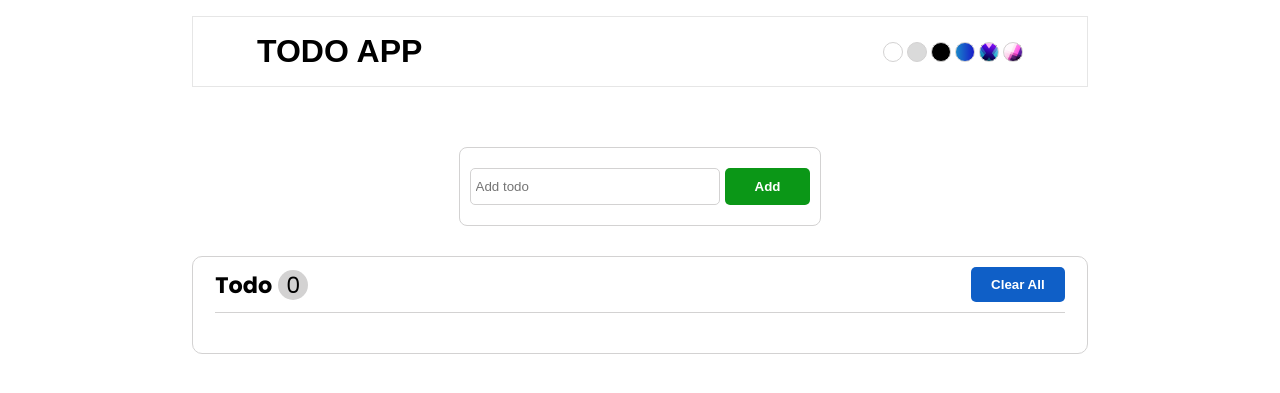
Repository: michalmilek/TodoApp
Page: /
These files come from the project's save history. The page is drawn as it stood at one moment and after the next save; the edit follows.
The browser window is 1280 px wide. The pictures show the whole page.
Some web fonts or font styles are not loaded; a fallback is used. The project was rebuilt for these pictures with package versions that can differ from the ones it lists, and the page was loaded fresh each time. Also part of the build but not shown: vite.config.js.

Above is the page before, as saved 2023-02-01 14:54:02.

### src/App.jsx
import { useState } from "react";
import "./App.css";
import AddTodo from "./components/AddTodo";
import Header from "./components/Header";
import ShowTodo from "./components/ShowTodo";

function App() {
  const [todolist, setTodolist] = useState([]);
  const [todo, setTodo] = useState({});
  return (
    <div className="App">
      <Header />
      <AddTodo
        todolist={todolist}
        setTodolist={setTodolist}
        todo={todo}
        setTodo={setTodo}
      />
      <ShowTodo
        todolist={todolist}
        setTodolist={setTodolist}
        todo={todo}
        setTodo={setTodo}
      />
    </div>
  );
}

export default App;

### src/index.css
@import url(https://fonts.googleapis.com/css?family=Poppins:100,100italic,200,200italic,300,300italic,regular,italic,500,500italic,600,600italic,700,700italic,800,800italic,900,900italic);
@import url(https://fonts.googleapis.com/css?family=Texturina:100,200,300,regular,500,600,700,800,900,100italic,200italic,300italic,italic,500italic,600italic,700italic,800italic,900italic);

*{
  box-sizing: border-box;
  margin: 0;
  padding: 0;
}

body{
  display: flex;
  flex-direction: column;
  align-items: center;
  justify-content: center;
  font-family: 'Poppins', sans-serif;
}

### src/App.css
header{
  display: flex;
  justify-content: space-between;
  align-items: center;
  width: 70vw;
  margin-top: 1rem;
  padding: 1rem 4rem;
  border: 1px solid rgb(230, 230, 230);
}

  .logo{
    font-family: 'Texturina', sans-serif;
  }

  .themeSelector{
    display: flex;
    gap: 4px;
  }

  .light{
  height: 20px;
  width: 20px;
  background-color: rgb(255, 255, 255);
  border: 1px solid rgb(211, 210, 210);;
  border-radius: 50%;
  display: inline-block;
  }

  .medium{
      height: 20px;
  width: 20px;
  background-color: rgb(218, 218, 218);
  border: 1px solid rgb(211, 210, 210);;
  border-radius: 50%;
  display: inline-block;
  }

  .dark{

      height: 20px;
  width: 20px;
  background-color: rgb(0, 0, 0);
  border: 1px solid rgb(211, 210, 210);
  border-radius: 50%;
  display: inline-block;
  }

  .g1{
    height: 20px;
  width: 20px;
  background: linear-gradient(90deg, #1888c9, #181bc9);;
  border: 1px solid rgb(211, 210, 210);
  border-radius: 50%;
  display: inline-block;
  }

  .g2{
    background: linear-gradient(235deg, #FFFFFF 0%, #000F25 100%), linear-gradient(180deg, #6100FF 0%, #000000 100%), linear-gradient(235deg, #FFA3AC 0%, #FFA3AC 40%, #00043C calc(40% + 1px), #00043C 60%, #005D6C calc(60% + 1px), #005D6C 70%, #00C9B1 calc(70% + 1px), #00C9B1 100%), linear-gradient(125deg, #FFA3AC 0%, #FFA3AC 40%, #00043C calc(40% + 1px), #00043C 60%, #005D6C calc(60% + 1px), #005D6C 70%, #00C9B1 calc(70% + 1px), #00C9B1 100%);
  background-blend-mode: soft-light, screen, darken, normal;
height: 20px;
  width: 20px;
  border: 1px solid rgb(211, 210, 210);
  border-radius: 50%;
  display: inline-block;
}

.g3{
  background: linear-gradient(125deg, #FFFFFF 0%, #000000 100%), linear-gradient(200deg, #FFD9E8 0%, #FFD9E8 50%, #DE95BA calc(50% + 1px), #DE95BA 60%, #7F4A88 calc(60% + 1px), #7F4A88 75%, #4A266A calc(75% + 1px), #4A266A 100%), linear-gradient(113deg, #FFD9E8 0%, #FFD9E8 40%, #DE95BA calc(40% + 1px), #DE95BA 50%, #7F4A88 calc(50% + 1px), #7F4A88 70%, #4A266A calc(70% + 1px), #4A266A 100%);
  background-blend-mode: overlay, overlay, normal;
  height: 20px;
  width: 20px;
  border: 1px solid rgb(211, 210, 210);
  border-radius: 50%;
  display: inline-block;
}


.addTodo {
  margin-top: 60px;
  display: flex;
  justify-content: center;
  align-items: center;
}

.addTodo form{
  padding: 20px 10px;
  background: rgb(255, 255, 255);
  border: 1px solid rgb(211, 210, 210);
  display: flex;
  gap: 5px;
  border-radius: 8px;
}

.addTodo form input{
  padding: 10px 5px;
  max-width: 350px;
  min-width: 250px;
  border: 1px solid rgb(211, 210, 210);
  outline: none;
  border-radius: 5px;
}

.addTodo form button{
  background: rgb(11, 151, 23);
  border: none;
  padding: 0 30px;
  border-radius: 5px;
  color: #fff;
  font-weight: bold;
  cursor: pointer;
}



.showTodo{
  margin-top: 30px;
  display: flex;
  flex-direction: column;
  justify-content: center;
  align-items: center;
  border-radius: 10px;
  border: 1px solid rgb(211, 210, 210);
}

.head{
  display: flex;
  width: 95%;
  padding: 10px 0px;
  justify-content: space-between;
  border-bottom: 1px solid rgb(211, 210, 210);
}

.head_Todo{
  display: flex;
  gap: 6px;
  justify-content: center;
  align-items: center;
}


.title{
  font-weight: bold;
  font-size: 1.4rem;
}

.count{
  display: flex;
  justify-content: center;
  align-items: center;
  border-radius: 50%;
  height: 30px;
  width: 30px;
  font-size: 1.4rem;
  background: rgb(211, 210, 210);
}

.clearAll{
    background: rgb(15, 95, 199);
  border: none;
  padding: 10px 20px;
  border-radius: 5px;
  color: #fff;
  font-weight: bold;
  cursor: pointer;
}

ul{
  padding: 20px 0;
  display: flex;
  width: 90%;
  list-style-type: none;
  justify-items: start;
  gap: 20px;
}

ul li{
  display: flex;
  gap: 35px;
  padding: 10px 10px;
  border-radius: 4px;
  border: 1px solid rgb(211, 210, 210);
  border-left: 5px solid rgb(15, 95, 199);
}

ul li p{
  display: flex;
  gap: 10px;
  flex-direction: column;
}

ul li p .titleTodo{
  font-weight: bold;
  font-size: 1.3rem;

}

ul li p .timeTodo{
  font-style: italic;
  color: rgb(131, 131, 131);

}


.icons svg{
height: 24px;
width: 24px;
}

.icons .pen{
  color: rgb(0, 81, 255);
}

.icons .trash{
  color: red;
}

### src/components/AddTodo.jsx
import React from "react";

const AddTodo = ({ todolist, setTodolist, todo, setTodo }) => {
  const handleSubmit = (e) => {
    e.preventDefault();
    console.log(e.target.todo.value);
    const date = new Date();
    const newTask = {
      id: date.getTime(),
      name: e.target.todo.value,
      time: `${date.toLocaleTimeString()} ${date.toLocaleDateString()}`,
    };
    setTodolist([...todolist, newTask]);
  };
  return (
    <section className="addTodo">
      <form onSubmit={handleSubmit}>
        <input
          type="text"
          name="todo"
          value={todo.name}
          autoComplete="off"
          placeholder="Add todo"
          maxLength="25"
        />
        <button type="submit">Add</button>
      </form>
    </section>
  );
};

export default AddTodo;

### src/components/Header.jsx
import React from "react";

const Header = () => {
  return (
    <header>
      <div className="logo">
        <h1>TODO APP</h1>
      </div>
      <div className="themeSelector">
        <span className="light"></span>
        <span className="medium"></span>
        <span className="dark"></span>
        <span className="g1"></span>
        <span className="g2"></span>
        <span className="g3"></span>
      </div>
    </header>
  );
};

export default Header;

### src/components/ShowTodo.jsx
import React from "react";
import { Icon } from "@iconify/react";

const ShowTodo = ({ todolist, setTodolist, todo, setTodo }) => {
  const todos = [
    { id: 10001, name: "Task A", time: "2:09:01 AM 9/14/2030" },
    { id: 10002, name: "Task A", time: "2:09:01 AM 9/14/2030" },
    { id: 10003, name: "Task A", time: "2:09:01 AM 9/14/2030" },
  ];

  const handleEdit = (id) => {
    const selectedTodo = todolist.find((item) => item.id === id);
    console.log(selectedTodo);
    setTodo(selectedTodo);
  };

  const handleDelete = (id) => {
    const updatedTodoList = todolist.filter((item) => item.id !== id);
    setTodolist(updatedTodoList);
  };
  return (
    <div className="showTodo">
      <div className="head">
        <div className="head_Todo">
          <span className="title">Todo</span>
          <span className="count">{todolist.length}</span>
        </div>
        <button
          onClick={() => setTodolist([])}
          className="clearAll">
          Clear All
        </button>
      </div>
      <ul>
        {todolist.map((todo) => (
          <li key={todo.id}>
            <p>
              <span className="titleTodo">{todo.name}</span>
              <span className="timeTodo">{todo.time}</span>
            </p>
            <div className="icons">
              <Icon
                onClick={() => handleEdit(todo.id)}
                className="pen"
                icon="material-symbols:edit"
              />
              <Icon
                onClick={() => handleDelete(todo.id)}
                className="trash"
                icon="mdi:trash"
              />
            </div>
          </li>
        ))}
      </ul>
    </div>
  );
};

export default ShowTodo;

Loaded but not shown: index.html (common file); src/main.jsx (common file)

After the next save:
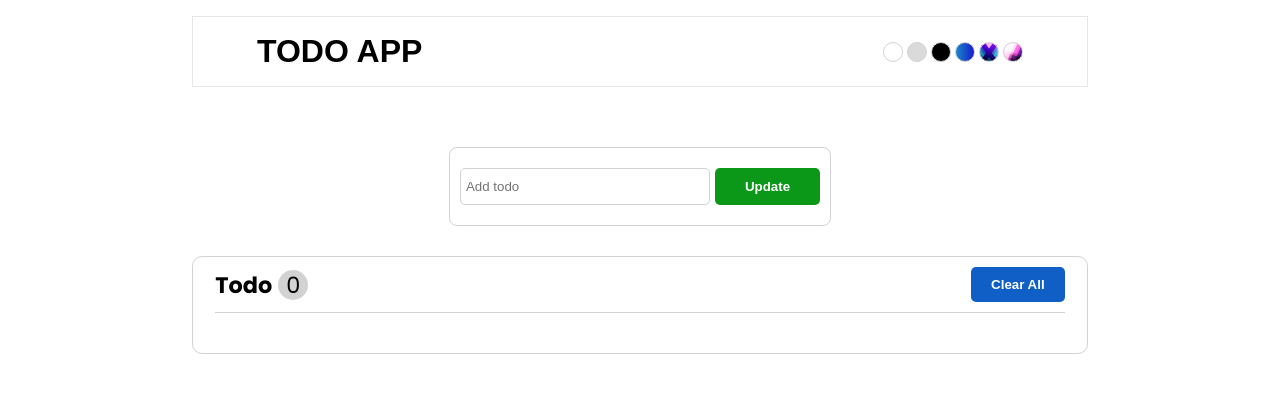
Saved 2 min 41 s later.
--- a/src/components/AddTodo.jsx
+++ b/src/components/AddTodo.jsx
@@ -23,7 +23,7 @@ const AddTodo = ({ todolist, setTodolist, todo, setTodo }) => {
           placeholder="Add todo"
           maxLength="25"
         />
-        <button type="submit">Add</button>
+        <button type="submit">{todo ? "Update" : "Add"}</button>
       </form>
     </section>
   );
